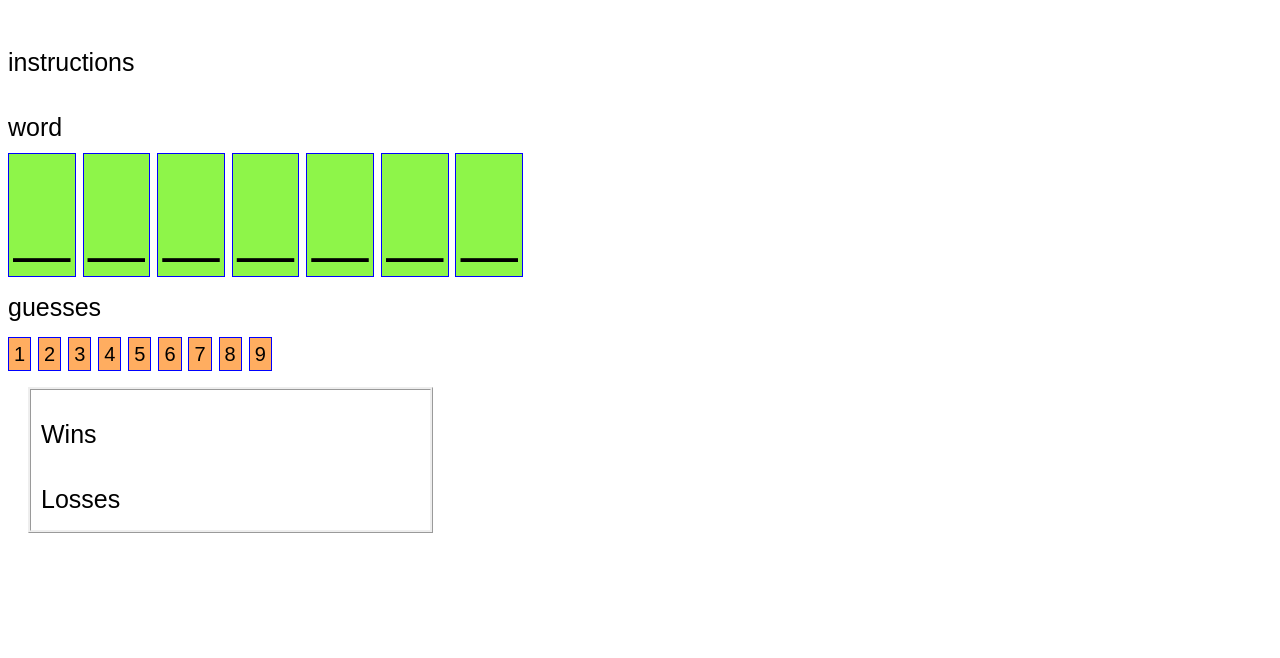
Repository: dsaftler/JavaScript
Page: index.html
The author's editor kept a copy of each file at every save. The page is drawn from the files as they stood at one save, then again after the next save.
The browser window is 1280 px wide. The pictures show the whole page.

Above is the page before, as saved 2019-03-28 17:30:48.

After the next save:
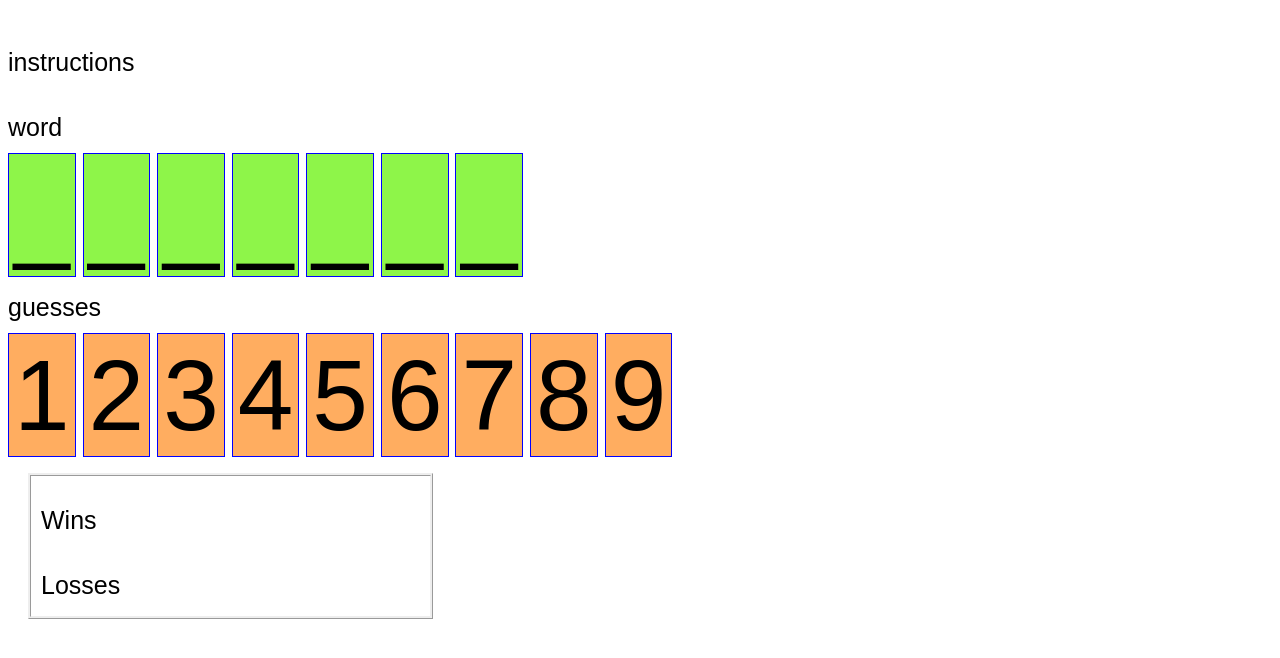
Saved 118 s later.
--- a/assets/css/style.css
+++ b/assets/css/style.css
@@ -6,11 +6,10 @@ font-size: 25px;}
   display: inline;
   padding: 5px;}
 .match {
-  font-weight:bold;
   border: 1px solid blue;
   background-color: rgb(142, 245, 73)}
 .guessed {
-  font-size:80%;
+  font-style: "regular italic";
   border: 1px solid blue;
   background-color: rgb(255, 173, 96)}
 .score{
